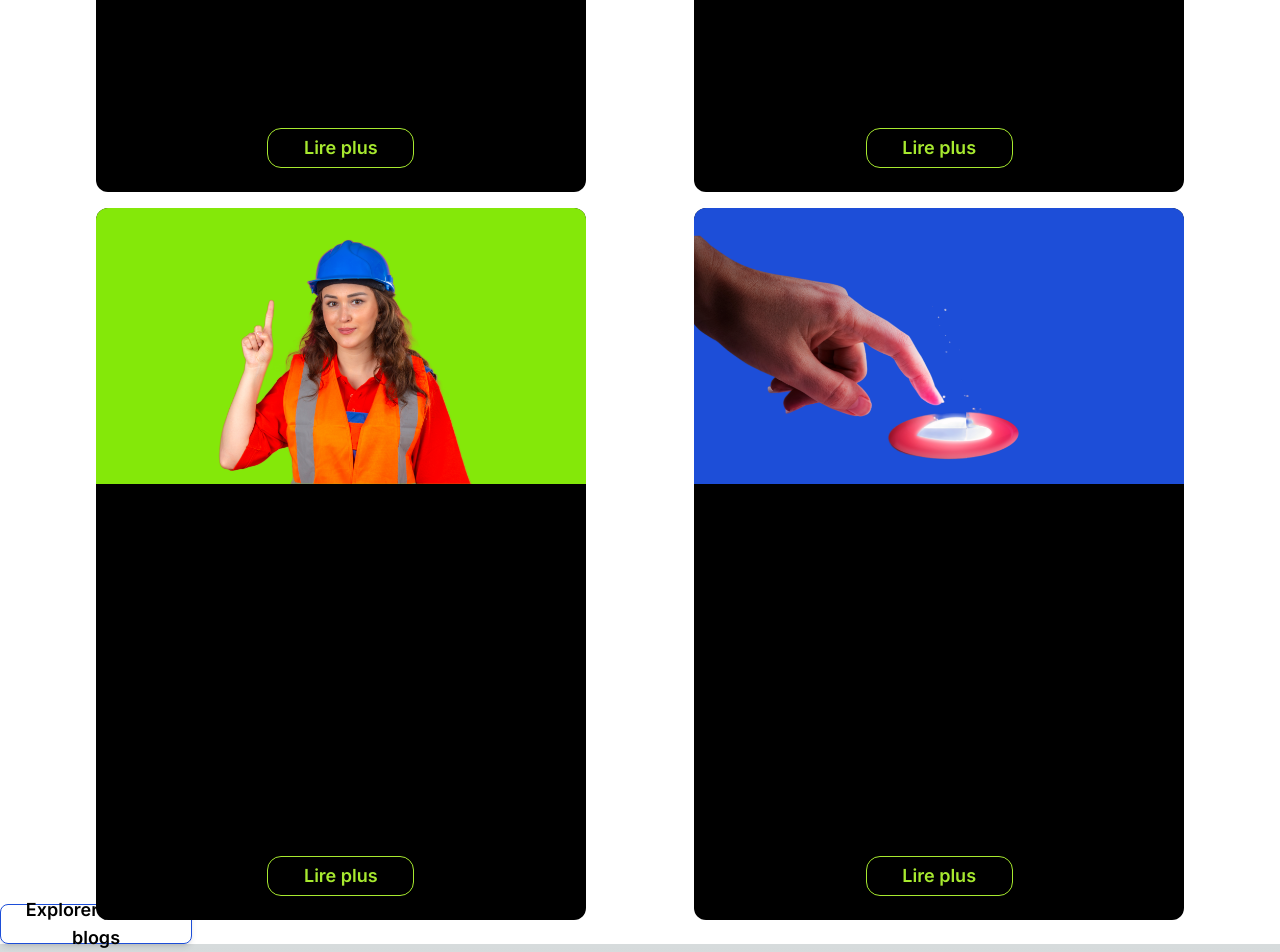
Repository: NassimeElkamari/test
Page: /blogs
An editor plug-in stored every save of this project. The page is shown before and after the next save, followed by the edit.
The browser window is 1280 px wide. The pictures show the part of the page from y = 1211 to 2163 px (the page is 2163 px tall before and 2131 px after).
The project was rebuilt for these pictures with package versions that can differ from the ones it lists, and the page was loaded fresh each time. The framework's server and built-in components were replaced by stand-ins that run in the browser. Also part of the build but not shown: next.config.mjs.

Above is the page before, as saved 2024-06-12 16:02:43.

### src/app/blogs/page.tsx
import Image from 'next/image';
import React from 'react';
import { MdDateRange } from "react-icons/md";
import BlogCard from '../../components/BlogCard';
import { cardData } from '../../data/cardData';


const Blog = () => {
  return (
    <div className='bg-white'>
      <div className='flex justify-center'>
        <h1 className="text-4xl font-bold text-center">Blog</h1>
      </div>
      <div className="relative w-[92vw] h-[85vh] mx-auto  overflow-hidden bg-black  pt-5 pl-8 flex flex-col justify-start rounded-2xl">
        <Image
          src="/bgImage.jpg"
          layout="fill"
          objectFit="cover"
          objectPosition="top"
          quality={100}
          alt="Background Image"
          className="opacity-30 bg-black"
        />
        <div className="absolute inset-0 flex flex-col justify-center text-white mt-[6%] p-4 pl-8">
          <h1 className="text-[52px] font-semibold mb-4">
          Ouvrez les portes de la connaissance <br /> avec nos Blogs stimulants
          </h1>
          <p className="text-[17px] mb-8">
          Découvrez les dernières actualités de 2peerfect dans une multitude de domaines passionnants. <br />Plongez-vous dans nos articles pour rester à jour sur les tendances les plus récentes en technologie, <br /> santé mentale, Design, Business, et bien plus encore. Avec une expertise diversifiée et des perspectives variées,<br /> 2peerfect vous offre un aperçu complet et captivant des développements les plus récents à travers différents secteurs.<br /> Ne manquez rien de ce qui se passe dans le monde, suivez 2peerfect pour rester informé et inspiré.
          </p>
          <div className="flex flex-wrap justify-between space-x-4 w-[80%]">
            <div className="bg-transparent rounded-lg shadow-md w-[15%] h-10 mb-4 border border-[#A7E92F] flex items-center justify-center">
              <h2 className="text-lg font-semibold text-center">Marketing</h2>
            </div>
            <div className="bg-transparent rounded-lg shadow-md w-[15%] h-10 mb-4 border border-[#A7E92F] flex items-center justify-center">
              <h2 className="text-lg font-semibold text-center">Design</h2>
            </div>
            <div className="bg-transparent rounded-lg shadow-md w-[15%] h-10 mb-4 border border-[#A7E92F] flex items-center justify-center">
              <h2 className="text-lg font-semibold text-center">Business</h2>
            </div>
            <div className="bg-transparent rounded-lg shadow-md w-[15%] h-10 mb-4 border border-[#A7E92F] flex items-center justify-center">
              <h2 className="text-lg font-semibold text-center">IT</h2>
            </div>
            <div className="bg-transparent rounded-lg shadow-md w-[15%] text-center h-10 mb-4 border border-[#A7E92F] flex items-center justify-center">
              <h2 className="text-lg font-semibold">Psychologie</h2>
            </div>


            {/* Add more cards as needed */}
          </div>
        </div>
      </div>
      <div className='second-section w-[85vw] mx-auto mt-10 flex justify-center'>
      <div className="flex flex-wrap gap-4 justify-between ">
      {cardData.map((card) => (
                  <BlogCard
                    imageSrc={card.imageSrc}
                    title={card.title}
                    description={card.description}
                    date={card.date}
                    color={card.background}
                  />
              ))}
      </div>

    </div>
    <div className="bg-transparent rounded-lg shadow-md w-[15%] text-center h-10 border border-[#1D4ED8] flex items-center justify-center">
              <h2 className="text-lg font-semibold">Explorer plus de blogs </h2>
    </div>


    </div>
  );
};

export default Blog;

### src/components/BlogCard.tsx
import Image from 'next/image'
import React from 'react'
import { MdDateRange } from "react-icons/md";


const BlogCard = ({ imageSrc, title, description, date , color}) => {
  return (
    <div className='w-[45%] h-[50%] bg-black rounded-xl flex flex-col'>
    <div className="w-[100%] h-2/5 relative">
        <Image
        src={imageSrc}
        layout='responsive'
        height={100}
        width={100}
        alt="Card Image"
        className="w-full h-full rounded-t-xl "
        style={{backgroundColor: `${color}`}}
        />
    </div>
    <div className="pt-14 flex justify-center items-center flex-col px-5">
        <h1 className="text-[32px] font-semibold">{title}</h1>
        <p className="text-md mt-5">{description}</p>
    </div>
    <div className="flex items-center justify-end mt-10 mr-2">
        <MdDateRange width={70} height={70} className='mr-4'/>
        <p className="mr-2">{date}</p>
    </div>
    <div className="flex justify-center mt-8 mb-6"> {/* Added justify-center class */}
        <button className="bg-black rounded-[14px] shadow-md w-[30%] text-center h-10 border border-[#A7E92F] flex items-center justify-center">
        <h2 className="text-lg font-semibold text-[#A7E92F]">Lire plus</h2> {/* Added text-white class */}
        </button>
    </div>
    </div>
  )
}

export default BlogCard

### src/data/cardData.js
export const cardData = [
  {
    id: 1,
    imageSrc: "/card11.png",
    title: "L'impact des médias sociaux sur la santé mental",
    description: "Discuter de la façon dont les likes, les commentaires et les partages peuvent devenir une mesure de notre valeur personnelle, et comment cela peut affecter notre estime de soi et notre bien-être émotionnel...",
    date: "11 Décembre 2023",
    background: '#1D4ED8' // Background color for the first card
  },
  {
    id: 2,
    imageSrc: "/card22.png",
    title: "L’inovation technologique dans l’éducation",
    description: "Reconnaître les défis liés à l'intégration de la technologie dans l'éducation, tels que l'accès inégal aux ressources technologiques et les préoccupations concernant la dépendance excessive à la technologie...",
    date: "11 Décembre 2023",
    background: '#84e809' // Background color for the second card
  },
  {
    id: 3,
    imageSrc: "/card33.png",
    title: "L’inovation technologique dans l’éducation",
    description: "Reconnaître les défis liés à l'intégration de la technologie dans l'éducation, tels que l'accès inégal aux ressources technologiques et les préoccupations concernant la dépendance excessive à la technologie...",
    date: "11 Décembre 2023",
    background: '#84e809' // Background color for the third card
  },
  {
    id: 4,
    imageSrc: "/card11.png",
    title: "L'impact des médias sociaux sur la santé mental",
    description: "Discuter de la façon dont les likes, les commentaires et les partages peuvent devenir une mesure de notre valeur personnelle, et comment cela peut affecter notre estime de soi et notre bien-être émotionnel...",
    date: "11 Décembre 2023",
    background: '#1D4ED8' // Background color for the fourth card
  },
];

Loaded but not shown: src/app/layout.tsx (common file); src/app/globals.css (common file); tailwind.config.ts (common file)

After the next save:
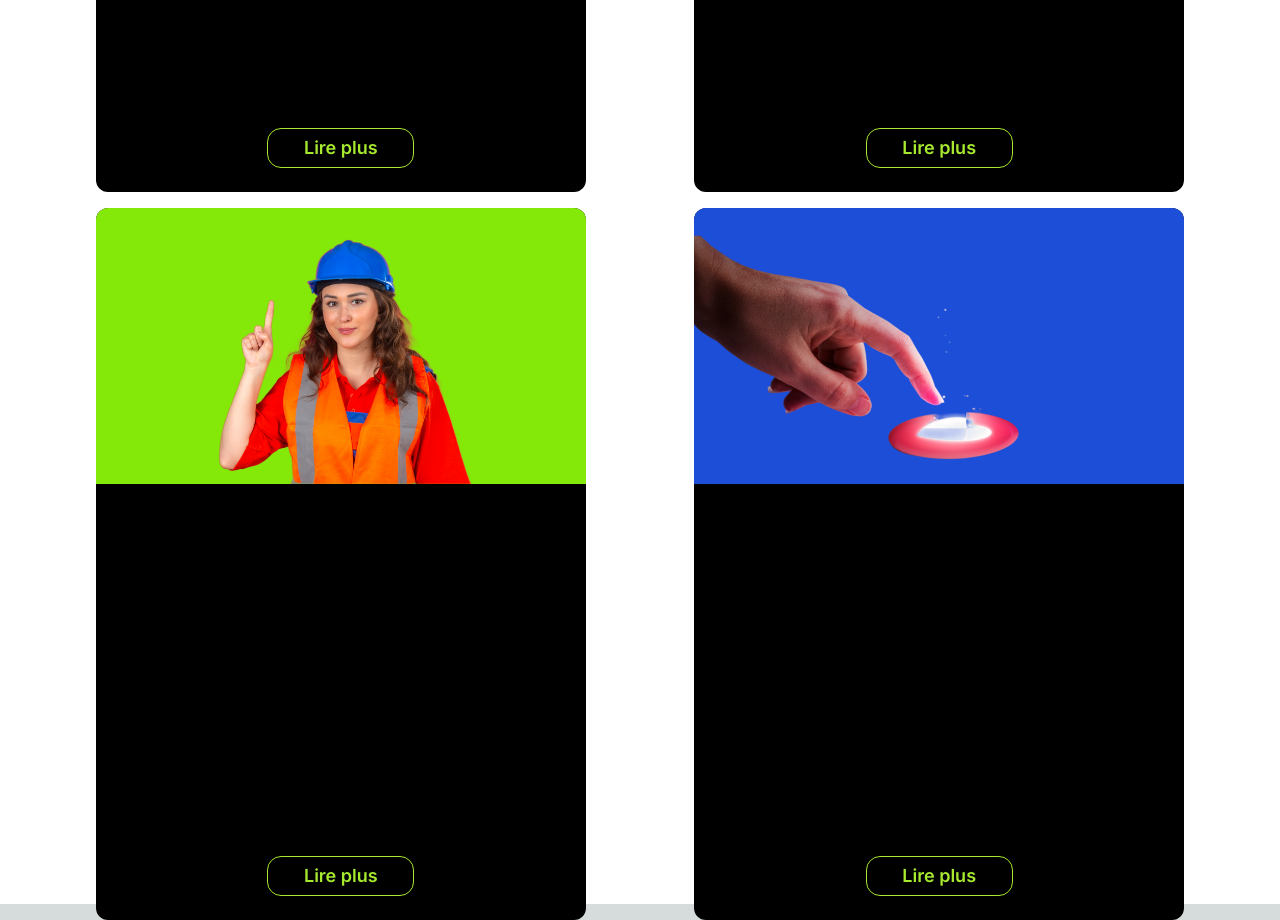
Saved 7 s later.
--- a/src/app/blogs/page.tsx
+++ b/src/app/blogs/page.tsx
@@ -64,8 +64,8 @@ const Blog = () => {
       </div>
 
     </div>
-    <div className="bg-transparent rounded-lg shadow-md w-[15%] text-center h-10 border border-[#1D4ED8] flex items-center justify-center">
-              <h2 className="text-lg font-semibold">Explorer plus de blogs </h2>
+    <div>
+
     </div>
 
 
